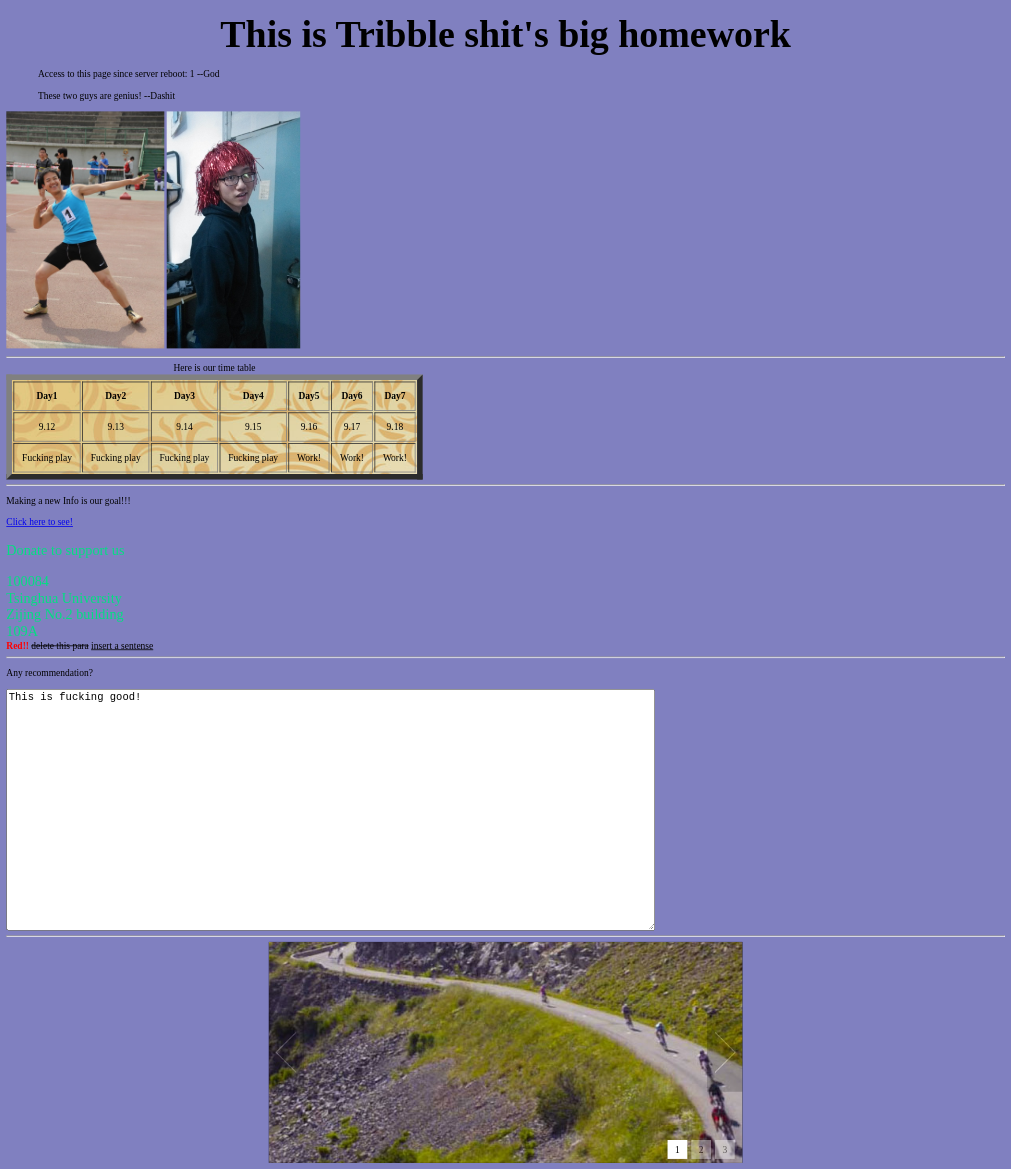
Repository: hbisheng/Academic-portal-website
Page: http://localhost/NewInfo/author.jsp
An editor plug-in stored every save of this project. The page is shown before and after the next save, followed by the edit.
The browser window is 1280 px wide. The pictures show the whole page, at 79% of full size.
The page is served by Tomcat 9.

Above is the page before, as saved 2014-09-14 09:04:23.

After the next save:
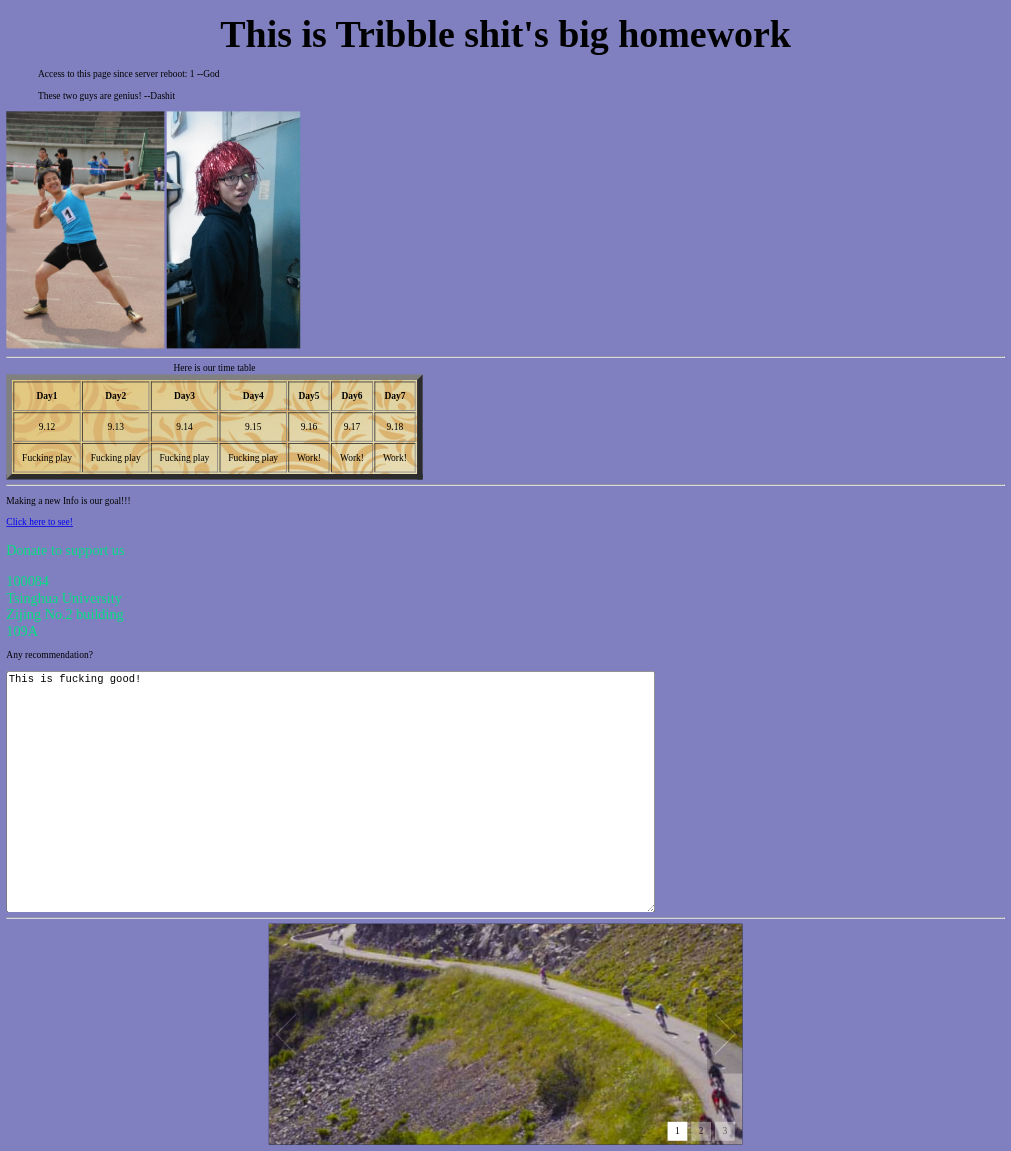
Saved 4 s later.
--- a/Java_info/NewInfo/WebContent/author.jsp
+++ b/Java_info/NewInfo/WebContent/author.jsp
@@ -64,11 +64,6 @@ Zijing No.2 building<br>
 109A<br>
 </font>
 
-	<font color="#FF0000"><b>Red!!</b></font>
-	<del>delete this para</del>
-	<ins>insert a sentense</ins>
-<hr>
-
 <p>Any recommendation?</p>
 <textarea rows="20" cols="100">This is fucking good!</textarea>
 
